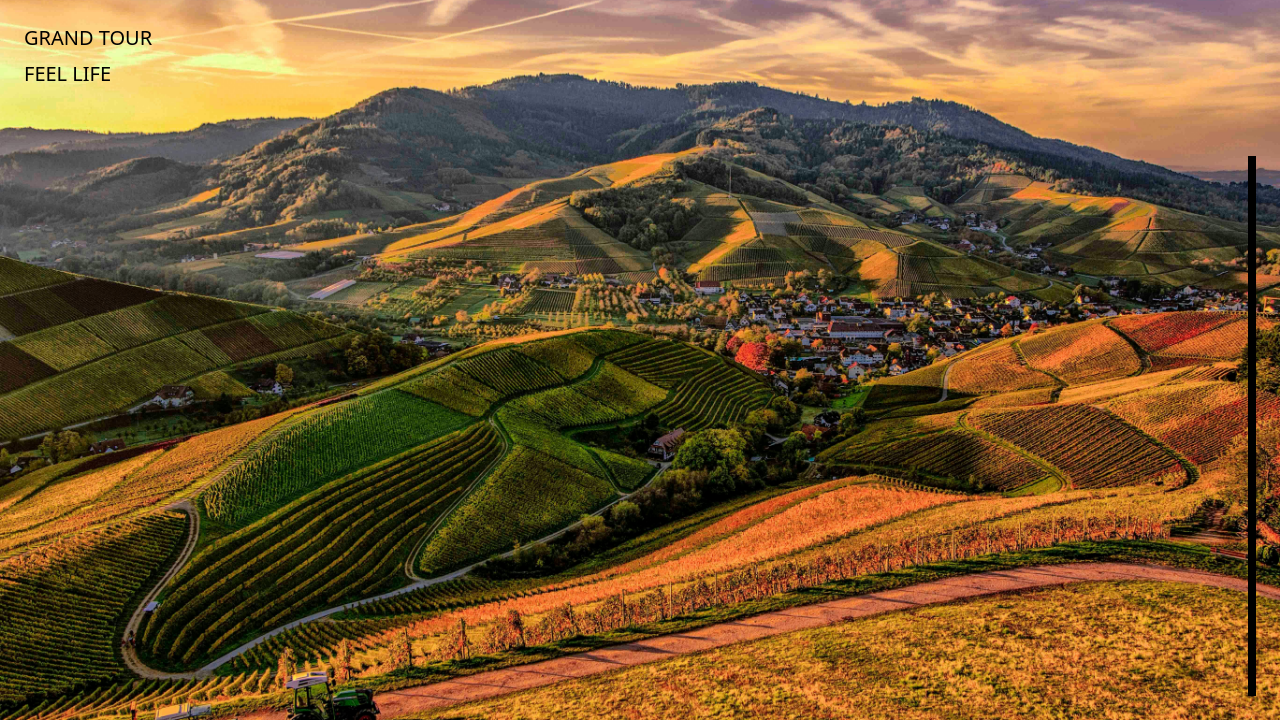
Repository: mikol-ux/Safari
Page: /
An editor plug-in stored every save of this project. The page is shown before and after the next save, followed by the edit.
The browser window is 1280 px wide. The pictures show the whole page.
The project was rebuilt for these pictures with package versions that can differ from the ones it lists, and the page was loaded fresh each time. The framework's server and built-in components were replaced by stand-ins that run in the browser. Also part of the build but not shown: next.config.ts.

Above is the page before, as saved 2025-05-29 02:42:16.

### app/layout.tsx
import type { Metadata } from "next";
import { Geist, Geist_Mono } from "next/font/google";
import "./globals.css";

const geistSans = Geist({
	variable: "--font-geist-sans",
	subsets: ["latin"],
});

const geistMono = Geist_Mono({
	variable: "--font-geist-mono",
	subsets: ["latin"],
});

export const metadata: Metadata = {
	title: "Create Next App",
	description: "Generated by create next app",
};

export default function RootLayout({
	children,
}: Readonly<{
	children: React.ReactNode;
}>) {
	return (
		<html lang="en">
			<body className="">{children}</body>
		</html>
	);
}

### app/page.tsx
"use client";
import React, { useEffect } from "react";
import gsap from "gsap";

export default function Home() {
	useEffect(() => {
		gsap.set([".introline", ".bigline"], { x: "101%" });

		const tl = gsap.timeline();
		tl.to(".bigline", { duration: 1, x: "0%" })
			.to(".introline", { duration: 1, x: "0%" }, "+=0.3")
			.set(".bigline", { color: "transparent", y: "100%" })
			.set(".introline", { color: "transparent", y: "-100%" })
			.set(".bigline", { color: "transparent", y: "0%" })
			.to(".introline", {
				y: "0%",
				onStart: () => {
					document
						.querySelector(".bigline")
						?.classList.add("text-outline-white");
				},
			})
			.to(".bigline", {
				y: "0%",
				onStart: () => {
					document
						.querySelector(".bigline")
						?.classList.add("text-outline-white");
				},
			});
	}, []);
	return (
		<section className="h-screen bg-[url('/landscape.jpg')] bg-cover bg-no-repeat bg-center text-black">
			<div className="h-full w-full flex flex-col justify-between p-6">
				<div className="text-left space-y-2">
					<p className="text-xl uppercase">grand tour</p>
					<p className="text-xl uppercase">feel life</p>
				</div>
				<div className="text-right font-bold leading-none border-r-8 border-black overflow-hidden">
					<p className="introline text-[69px] min-[480px]:text-[90px] sm:text-[120px] lg:text-[150px] xl:text-[180px] 3xl:text-[215px]">
						THE SAFARI
					</p>
					<p className="bigline text-[69px] min-[480px]:text-[90px] sm:text-[120px] lg:text-[150px] xl:text-[180px] 3xl:text-[215px]">
						NATURE’S BANK
					</p>
				</div>
			</div>
		</section>
	);
}

### app/globals.css
@import "tailwindcss";

@theme {
	/* Base Colors */
	--black: #000000;
	--white: #ffffff;
	--muted-blue: #6c8ea3;
	--pitch-dark-blue: #202a30;
	--sky-blue: #bee8ff;
	--deep-blue: #438db5;

	/* Muted Text Colors */
	--muted-text: #999999;
	--muted-text-2: #cccccc;
	--muted-text-3: #595959;
	--muted-text-4: #333333;
	--muted-text-5: #b3b3b3;
	--muted-text-6: #a6a6a6;
	--muted-text-7: #1a1a1a;
	--muted-text-8: #808080;
	--muted-text-9: #262626;
	--muted-text-10: #c6c6c6;
	--muted-text-11: #bfbfbf;
	--muted-text-12: #292929;
	--muted-text-13: #010e0c;

	/* Break Points */
	--breakpoint-3xl: 120rem;
	--breakpoint-4xl: 128rem;
	--breakpoint-5xl: 160rem;
	--breakpoint-6xl: 240rem;

	/* Font */
	--font-General-Sans: "General Sans", sans-serif;

	/* Mapped Colors */
	--color-black: var(--black);
	--color-white: var(--white);
	--color-muted-blue: var(--muted-blue);
	--color-pitch-dark-blue: var(--pitch-dark-blue);
	--color-sky-blue: var(--sky-blue);
	--color-deep-blue: var(--deep-blue);

	/* Mapped Muted Colors */
	--color-muted: var(--muted-text);
	--color-muted-2: var(--muted-text-2);
	--color-muted-3: var(--muted-text-3);
	--color-muted-4: var(--muted-text-4);
	--color-muted-5: var(--muted-text-5);
	--color-muted-6: var(--muted-text-6);
	--color-muted-7: var(--muted-text-7);
	--color-muted-8: var(--muted-text-8);
	--color-muted-9: var(--muted-text-9);
	--color-muted-10: var(--muted-text-10);
	--color-muted-11: var(--muted-text-11);
	--color-muted-12: var(--muted-text-12);
	--color-muted-13: var(--muted-text-13);
}

/* for button border gradient */
@utility mask-content-box {
	-webkit-mask: linear-gradient(#fff 0 0) content-box, linear-gradient(#fff 0 0);
	mask: linear-gradient(#fff 0 0) content-box, linear-gradient(#fff 0 0);
	-webkit-mask-composite: destination-out;
	mask-composite: exclude;
}

@utility bg-gradient-dir {
	content: var(--tw-content);
	--tw-gradient-position: var(--tw-gradient-direction, to right) in oklab;
	background-image: linear-gradient(var(--tw-gradient-stops));
}

/* For Animated Text */
.tpk-text-clip div {
	clip-path: polygon(0 0, 100% 0, 100% 100%, 0% 100%);
}

.tpk-override-clip div {
	clip-path: none !important;
}

/* Page Transition */
::view-transition-old(root),
::view-transition-new(root) {
	animation: none !important;
}

::view-transition-group(root) {
	z-index: auto !important;
}

::view-transition-image-pair(root) {
	isolation: isolate;
	will-change: transform, opacity, clip-path;
	z-index: 1;
}

::view-transition-new(root) {
	z-index: 10000;
	animation: none !important;
}

::view-transition-old(root) {
	z-index: 1;
	animation: none !important;
}

.client-overflow-scroll::-webkit-scrollbar-track,
.client-overflow-scroll::-webkit-scrollbar {
	@apply hidden;
}

input:-webkit-autofill,
input:-webkit-autofill:hover,
input:-webkit-autofill:focus,
input:-webkit-autofill:active {
	-webkit-box-shadow: 0 0 0 1000px transparent inset !important;
	box-shadow: 0 0 0 1000px transparent inset !important;
	-webkit-text-fill-color: inherit !important;
	color: white !important;
	transition: background-color 9999s ease-in-out 0s !important;
	background-color: transparent !important;
}

After the next save:
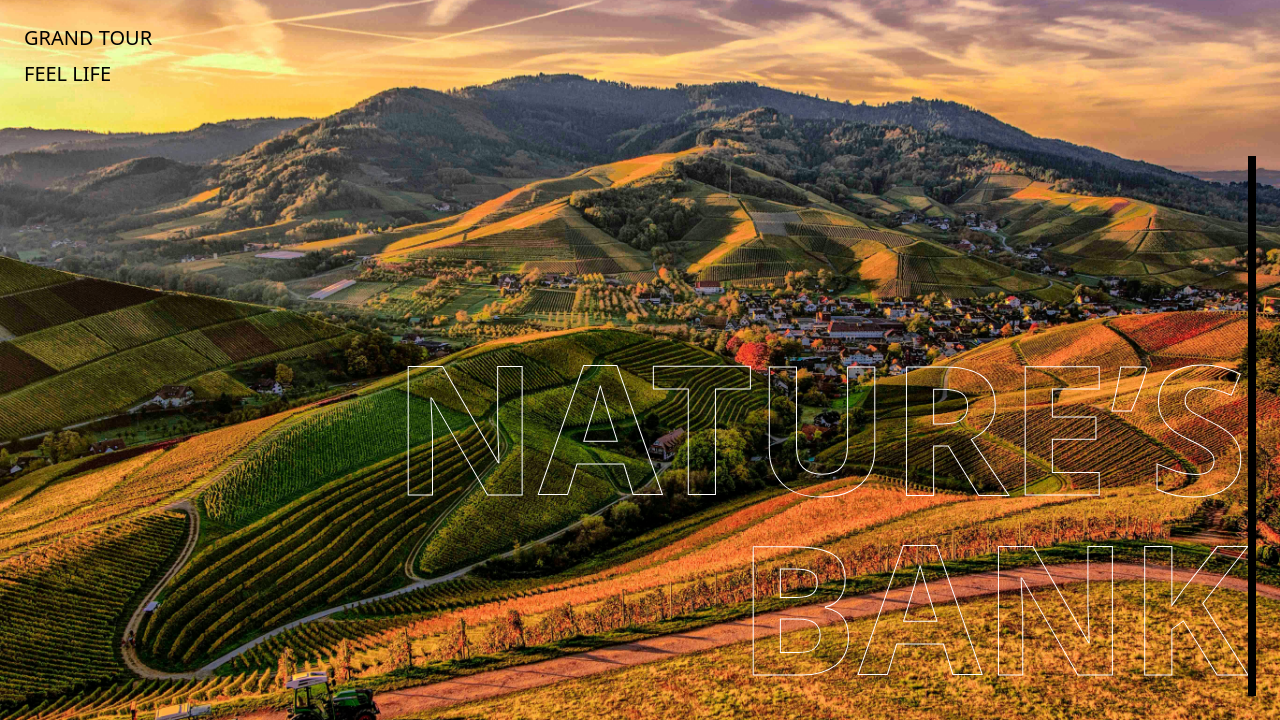
Saved 4 s later.
--- a/app/globals.css
+++ b/app/globals.css
@@ -70,6 +70,12 @@
 	--tw-gradient-position: var(--tw-gradient-direction, to right) in oklab;
 	background-image: linear-gradient(var(--tw-gradient-stops));
 }
+@layer {
+	.text-outline-white {
+		color: transparent;
+		-webkit-text-stroke: 1px white;
+	}
+}
 
 /* For Animated Text */
 .tpk-text-clip div {
